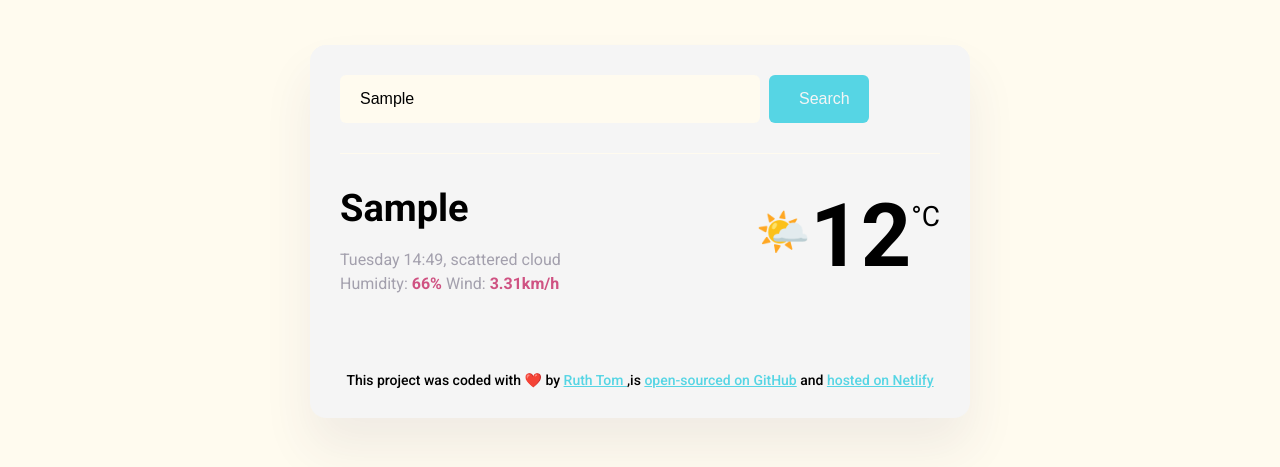
Repository: RuthTom711/Weatherly-App
Page: index.html
An editor plug-in stored every save of this project. The page is shown before and after the next save, followed by the edit.
The browser window is 1280 px wide. The pictures show the whole page.
Empty fields were first filled with sample values (such as "Sample", 5 or name@example.com).
After loading, the first visible `#search-form` was submitted once.
The page's requests for data from a server got no answer. Some web libraries are served in a nearby version.

Above is the page before, as saved 2025-11-12 18:17:19.
Console error (its wording comes from the project's code and is left out).

### index.html
<!DOCTYPE html>
<html lang="en">
  <head>
    <meta charset="UTF-8" />
    <meta name="viewport" content="width=device-width, initial-scale=1.0" />
    <link rel="preconnect" href="https://fonts.googleapis.com" />
    <link rel="preconnect" href="https://fonts.gstatic.com" crossorigin />
    <link
      href="https://fonts.googleapis.com/css2?family=Roboto+Mono:ital,wght@0,100..700;1,100..700&family=Roboto:ital,wght@0,100..900;1,100..900&family=Work+Sans:ital,wght@0,100..900;1,100..900&display=swap"
      rel="stylesheet"
    />
    <link rel="stylesheet" href="src/styles.css" />
  <script src="https://unpkg.com/axios@1.1.2/dist/axios.min.js"></script>
    <title>Weatherly App</title>
  </head>
  <body>
    <div class="weather-app">
      <header>
        <form class="search-form" id="search-form">
          <input
            type="search"
            placeholder="Enter a city..."
            required
            id="search-form-input"
            class="search-form-input"
          />
          <input type="Submit" value="Search" class="search-form-button" />
        </form>
      </header>

      <main>
        <div class="weather-app-data">
          <div>
            <h1 class="weather-app-city" id="city">Cape Town</h1>
            <p class="weather-app-details">
              Tuesday 14:49, scattered cloud
              <br />
              Humidity: <strong>66%</strong> Wind: <strong>3.31km/h</strong>
            </p>
          </div>
          <div class="weather-app-temparature-container">
            <div class="weather-app-icon">🌤️</div>
            <div class="weather-app-temperature" id="temperature">12</div>
            <div class="weather-app-unit">°C</div>
          </div>
        </div>
      </main>

      <footer>
        This project was coded with ❤️ by
        <a href="https://github.com/RuthTom711" target="_blank"> Ruth Tom </a
        >,is
        <a href="https://github.com/RuthTom711/Weatherly-App" target="_blank">
          open-sourced on GitHub</a
        >
        and
        <a
          href="https://app.netlify.com/projects/ruth-weatherly-app/"
          target="_blank"
        >
          hosted on Netlify</a
        >
      </footer>
    </div>
    <script src="src/index.js"></script>
  </body>
</html>

### src/styles.css
body {
    background-color: #fffbef;
    font-family: "Roboto",sans-serif;
}

a{
    color: #56d5e4;
}

.weather-app {
    background: whitesmoke;
    max-width: 600px;
    margin: 45px auto;
    padding: 30px;
    box-shadow: 0 30px 50px rgba(65, 50, 100, 0.08);
    border-radius: 16px;
}
header{
    border-bottom: 1px solid #fffbef;
    padding: 0 0 30px 0;
}

.search-form-input {
    background-color: #fffbef;
    border: none;
    border-radius: 6px;
    width: 70%;
    font-size: 16px;
    padding: 15px 20px;
}

.search-form-button {
    background: #56d5e4;
    padding: 15px 30px;
    border: none;
    font-size: 16px;
    margin-left: 5px;
    border-radius: 6px;
    color: whitesmoke;
    width: 100px;
}

main {
    padding: 30px 0;
    }
.weather-app-city {
    margin: 0;
    font-size: 38px;
    line-height: 48px;
}
.weather-app-data {
    display: flex;
    justify-content: space-between;
}

.weather-app-details {
    font-size: 16px;
    line-height: 24px;
    color: rgba(39, 33, 66, 0.4);
    font-weight: 500px;
}

.weather-app-details strong{
    color: #cf5282
}

.weather-app-temparature-container {
    display: flex;

}

.weather-app-temperature{
    font-size: 88px;
    font-weight: bold;
}
.weather-app-icon{
    font-size: 44px;
    margin-top: 22px;
}
.weather-app-unit{
    margin-top: 16px;
    font-size: 28px;
}
footer {

    padding: 30px 0 0 0;
    text-align: center;
    font-weight: 500;
    font-size: 14px;
    color: rgba (0, 0, 0, 0.6);
}

### src/index.js
function refreshWeather(response){
    let temperatureElement = document.querySelector("#temperature");
    let temperature = response.data.temperature.current;

    temperatureElement.innerHTML = Math.round(temperature);

}




function searchCity(city) {
    let apiKey = "2bf02005obb4ft73c247eba0b4e8f73d";
    let apiUrl = `https://api.shecodes.io/weather/v1/current?query=${city}&key=${apiKey}&units=metric`;
    axios.get(apiUrl).then(refreshWeather);
}






function handleSearchSubmit(event) {

    event.preventDefault();
    let searchInput = document.querySelector("#search-form-input");
    let cityElement = document.querySelector("#city")
    cityElement.innerHTML = searchInput.value;
    searchCity(searchInput.value);

}

let searchFormElement = document.querySelector("#search-form");
searchFormElement.addEventListener("submit", handleSearchSubmit);

After the next save:
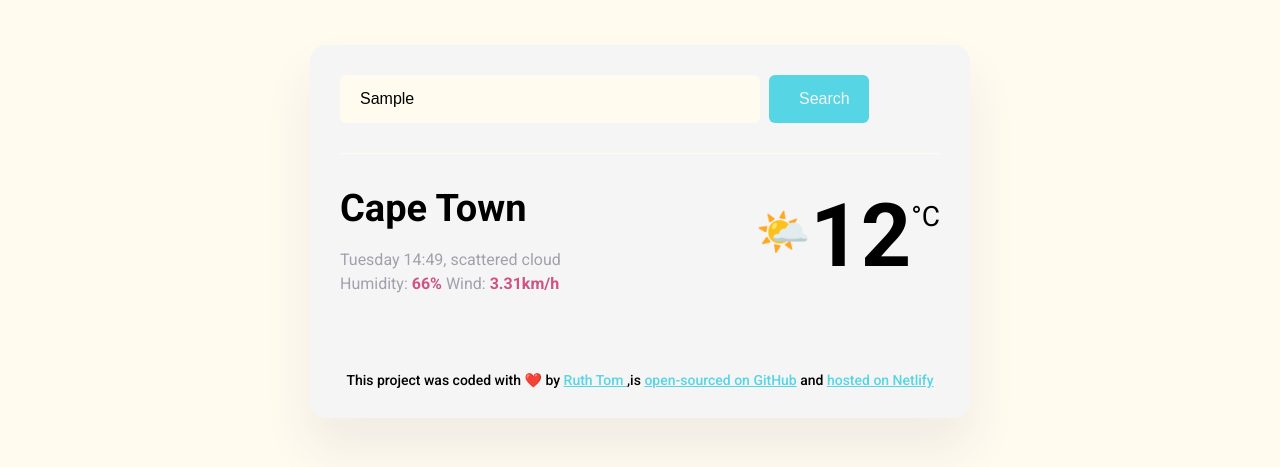
Saved 6 min 6 s later.
--- a/src/index.js
+++ b/src/index.js
@@ -24,8 +24,7 @@ function handleSearchSubmit(event) {
 
     event.preventDefault();
     let searchInput = document.querySelector("#search-form-input");
-    let cityElement = document.querySelector("#city")
-    cityElement.innerHTML = searchInput.value;
+
     searchCity(searchInput.value);
 
 }
